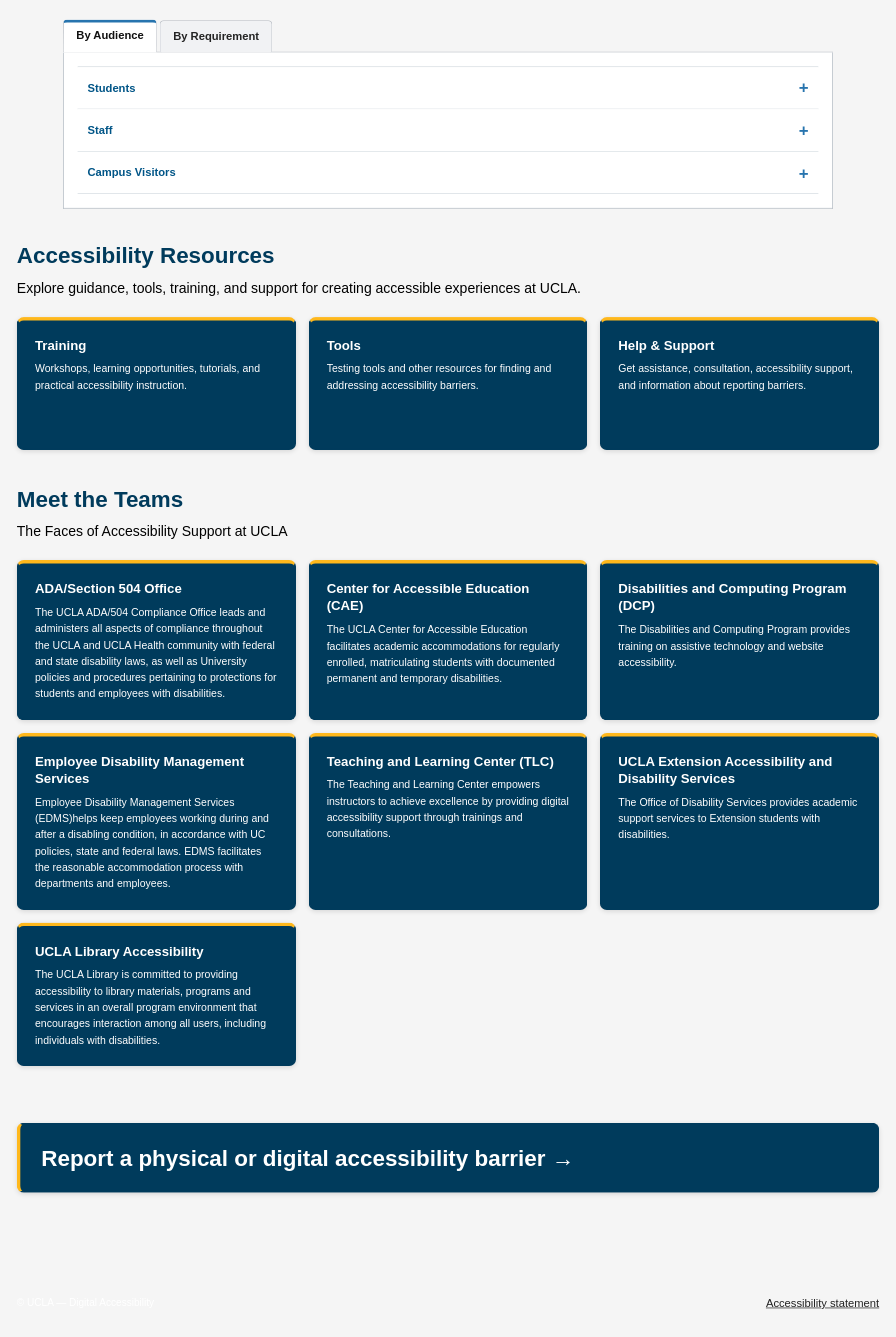
Repository: PSunnywell/UCLA-A11y-barrier-page
Page: index.html
These files come from the project's save history. The page is drawn as it stood at one moment and after the next save; the edit follows.
The browser window is 1280 px wide. The pictures show the part of the page from y = 840 to 2760 px (the page is 2750 px tall before and 2760 px after), at 70% of full size.

Above is the page before, as saved 2026-10-13 20:21:53.
Not found: search.js

### index.html
<!DOCTYPE html>
<html lang="en">
<head>
  <meta charset="UTF-8">
  <meta name="viewport" content="width=device-width, initial-scale=1.0">
  <meta name="description" content="Accessibility Resources for UCLA">
  <title>Accessibility Resources</title>
  <link rel="stylesheet" href="styles4.css">
  <style>
    /* Classic attached tabs, styled to match the reference image. */
    .requirements-tabs { max-width: 1100px; margin: 1.5rem auto 3rem; font-family: inherit; }
    .requirements-tablist { display: flex; align-items: flex-end; flex-wrap: wrap; gap: 4px; padding: 0; border-bottom: 1px solid #aeb6bf; }
    .requirements-tab { appearance: none; border: 1px solid #b5bac1; border-bottom: 0; border-radius: 6px 6px 0 0; background: #f1f2f4; color: #242424; font: inherit; font-weight: 600; font-size: 1rem; line-height: 1.3; padding: 12px 18px; margin: 0 0 -1px; cursor: pointer; }
    .requirements-tab[aria-selected="true"] { background: #fff; color: #111; border-top: 4px solid #2774ae; padding-top: 9px; border-bottom: 1px solid #fff; position: relative; z-index: 1; }
    .requirements-tab:hover:not([aria-selected="true"]) { background: #e5edf4; }
    .requirements-tab:focus-visible { outline: 3px solid #005587; outline-offset: 2px; z-index: 2; }
    .requirements-tabs > .requirements-panel { border: 1px solid #aeb6bf; border-top: 0; padding: 20px; background: #fff; }
    /* Simple accordion rows inside each top-level tab. */
    .requirements-accordion { border-bottom: 1px solid #c9d1d8; }
    .requirements-accordion:first-child { border-top: 1px solid #c9d1d8; }
    .requirements-accordion summary { cursor: pointer; list-style: none; display: flex; align-items: center; justify-content: space-between; gap: 1rem; padding: 17px 14px; font-weight: 600; color: #005587; background: #fff; }
    .requirements-accordion summary::-webkit-details-marker { display: none; }
    .requirements-accordion summary::after { content: "+"; font-size: 1.5rem; line-height: 1; color: #2774ae; }
    .requirements-accordion[open] summary::after { content: "−"; }
    .requirements-accordion summary:hover { background: #f3f8fc; }
    .requirements-accordion summary:focus-visible { outline: 3px solid #005587; outline-offset: -3px; }
    .requirements-accordion-content { padding: 0 14px 16px; }
    .requirements-panel[hidden] { display: none; }
    .requirements-panel p { line-height: 1.65; max-width: 72ch; margin: 0 0 .8rem; }
    .requirements-panel h3 { color: #005587; margin: 0 0 .65rem; font-size: 1.2rem; }
    @media (max-width: 600px) { .requirements-tab { padding: 10px 12px; font-size: .9rem; } .requirements-tab[aria-selected="true"] { padding-top: 7px; } .requirements-tabs > .requirements-panel { padding: 14px; } }
  </style>
</head>
<body>
  <a class="skip-link" href="#main-content">Skip to main content</a>

  <header class="site-header">
    <div class="header-inner">
      <a class="site-brand" href="ucla.edu" aria-label="UCLA home">
        <img class="site-brand-logo" src="images/logo_UCLA_blue_boxed.png" alt="UCLA">

      </a>
      <nav class="primary-nav" aria-label="Primary navigation">

        <ul>
          <li><a href="https://newsroom.ucla.edu/">Newsroom</a></li>
          <li><a href="training.html">Training</a></li>
          <li><a href="contact.html">Contact</a></li>
        </ul>
      </nav>
    </div>

    <div class="site-search-row">
      <search class="site-search" role="search">
        <form action="search.html" method="get">
          <label for="site-search-input">Search the site</label>
          <input id="site-search-input" name="q" type="search" placeholder="Search the site" autocomplete="off">
          <button type="submit">Search</button>
        </form>
      </search>
    </div>
  </header>


  <!-- =======================================================
       HERO
       ======================================================= -->

  <section class="hero" aria-labelledby="page-title">

    <div class="hero-inner">

            <h1 id="page-title">
       Building a More Accessible Community
      </h1>

      <p>At UCLA, accessibility is essential to creating a community where everyone feels welcome, respected, and empowered to participate fully.</p>

<p>Guided by our True Bruin Value of Belonging, we strive to build an inclusive environment that recognizes and respects the diverse identities, experiences, and abilities of our campus community. Accessibility goes beyond removing barriers and meeting legal requirements. It is about creating meaningful opportunities for everyone to learn, work, connect, and thrive.</p>

<p>Through our shared commitment to accessibility, we help build a UCLA where everyone has the opportunity to participate, contribute, and belong.</p>


    </div>

  </section>


  <!-- =======================================================
       MAIN
       ======================================================= -->

  <main id="main-content">


    <!-- =====================================================
         PRIMARY RESOURCE CARDS
         ===================================================== -->

    <section aria-labelledby="requirements-heading">

      <div class="section-heading">
        <h2 id="requirements-heading">Understanding Accessibility Requirements</h2>
        <p>Accessibility laws, university policies, and technical standards help create equitable access to UCLA's programs, services, and digital experiences. Explore what each means, who it applies to, and why it matters.</p>
      </div>

      <!-- Two main tabs; each contains three native HTML accordions. -->
      <div class="requirements-tabs">
        <div class="requirements-tablist" role="tablist" aria-label="Browse accessibility requirements">
          <button type="button" class="requirements-tab" id="tab-audience" role="tab" aria-selected="true" aria-controls="panel-audience" tabindex="0">By Audience</button>
          <button type="button" class="requirements-tab" id="tab-requirement" role="tab" aria-selected="false" aria-controls="panel-requirement" tabindex="-1">By Requirement</button>
        </div>

        <div class="requirements-panel" id="panel-audience" role="tabpanel" aria-labelledby="tab-audience" tabindex="0">
          <details class="requirements-accordion">
            <summary>Students</summary>
            <div class="requirements-accordion-content">
              <p>Explore accessibility rights, accommodations, and resources that support participation in courses, campus programs, and university life.</p>
            </div>
          </details>
          <details class="requirements-accordion">
            <summary>Staff</summary>
            <div class="requirements-accordion-content">
              <p>Learn about accessibility responsibilities and support for university workplaces, services, communications, and digital content.</p>
            </div>
          </details>
          <details class="requirements-accordion">
            <summary>Campus Visitors</summary>
            <div class="requirements-accordion-content">
              <p>Find information about access to campus spaces, events, programs, and services when visiting UCLA.</p>
            </div>
          </details>
        </div>
        <div class="requirements-panel" id="panel-requirement" role="tabpanel" aria-labelledby="tab-requirement" tabindex="0" hidden>
          <details class="requirements-accordion">
            <summary>Laws &amp; Regulations</summary>
            <div class="requirements-accordion-content">
              <p>Federal and state requirements, including the ADA and Section 504, establish rights and obligations related to equal access and nondiscrimination.</p>
            </div>
          </details>
          <details class="requirements-accordion">
            <summary>UC Policies</summary>
            <div class="requirements-accordion-content">
              <p>University of California policies describe institutional expectations, responsibilities, and procedures. Check each policy for its scope and applicability.</p>
            </div>
          </details>
          <details class="requirements-accordion">
            <summary>Standards</summary>
            <div class="requirements-accordion-content">
              <p>Technical criteria, such as the Web Content Accessibility Guidelines (WCAG), help teams design and evaluate accessible experiences. Applicable requirements determine which standards are mandatory.</p>
            </div>
          </details>
        </div>
      </div>

      <div class="section-heading">
        <h2 id="resources-heading">Accessibility Resources</h2>
        <p>Explore guidance, tools, training, and support for creating accessible experiences at UCLA.</p>
      </div>

      <div class="card-grid">

        <!-- CARD 1 -->
        <a
          class="resource-card is-dark"
          href="accessible-course-materials1004.html"
        >
          <h3>
           Training
          </h3>

          <p>
             Workshops, learning opportunities, tutorials,
            and practical accessibility instruction.
          </p>
        </a>

        <!-- CARD 2 -->
        <a
          class="resource-card is-dark"
          href="tools.html"
        >
          <h3>
            Tools
          </h3>

          <p>
            Testing tools and other resources for finding
            and addressing accessibility barriers.
          </p>
        </a>

        <!-- CARD 3 -->
        <a
          class="resource-card is-dark"
          href="support.html" >
          <h3>
            Help & Support
          </h3>

          <p>
            Get assistance, consultation, accessibility
            support, and information about reporting barriers.
          </p>
        </a>


      </div>

    </section>
<br>
<br>

    <!-- =====================================================
         FEATURED CONTENT
         ===================================================== -->
 <div class="section-heading">
        <h2 id="resources-heading">Meet the Teams</h2>
        <p>The Faces of Accessibility Support at UCLA</p>
      </div>

      <div class="card-grid">

        <!-- CARD 0 -->
        <a
          class="resource-card is-dark"
          href="ADA.html"
        >
          <h3>
          ADA/Section 504 Office
          </h3>

          <p>
            The UCLA ADA/504 Compliance Office leads and administers all aspects of compliance throughout the UCLA and UCLA Health community with federal and state disability laws, as well as University policies and procedures pertaining to protections for students and employees with disabilities.
          </p>
        </a>


        <!-- CARD 1 -->
        <a
          class="resource-card is-dark"
          href="cae.html"
        >
          <h3>
           Center for Accessible Education (CAE)
          </h3>

          <p>
            The UCLA Center for Accessible Education facilitates academic accommodations for regularly enrolled, matriculating students with documented permanent and temporary disabilities.
          </p>
        </a>

        <!-- CARD 2 -->
        <a
          class="resource-card is-dark"
          href="dcp.html"
        >
          <h3>
           Disabilities and Computing Program (DCP)
          </h3>

          <p>
           The Disabilities and Computing Program provides training on assistive technology and website accessibility.
          </p>
        </a>

   <!-- CARD 3 -->
        <a
          class="resource-card is-dark"
          href="edms.html" >
          <h3>Employee Disability Management Services
          </h3>

          <p>
            Employee Disability Management Services (EDMS)helps keep employees working during and after a disabling condition, in accordance with UC policies, state and federal laws. EDMS facilitates the reasonable accommodation process with departments and employees.
          </p>
        </a>

         <!-- CARD 4 -->
        <a
          class="resource-card is-dark"
          href="TLC.html" >
          <h3>Teaching and Learning Center (TLC)
          </h3>

          <p>
            The Teaching and Learning Center empowers instructors to achieve excellence by providing digital accessibility support through trainings and consultations.
          </p>
        </a>

         <!-- CARD 5 -->
        <a
          class="resource-card is-dark"
          href="ext.html" >
          <h3>UCLA Extension Accessibility and Disability Services
          </h3>

          <p>
            The Office of Disability Services provides academic support services to Extension students with disabilities.
          </p>
        </a>

        <!-- CARD 6 -->
        <a
          class="resource-card is-dark"
          href="library.html" >
          <h3>
            UCLA Library Accessibility
          </h3>

          <p>
            The UCLA Library is committed to providing accessibility to library materials, programs and services in an overall program environment that encourages interaction among all users, including individuals with disabilities.
          </p>
        </a>

      </div>

    </section>
<br>
<br>

    <!-- =====================================================
        REPORT BARRIER
         ===================================================== -->


<section aria-label="Report an accessibility barrier">

  <div class="report-barrier">

    <a class="report-barrier-button"
       href="report-barrier.html">
      Report a physical or digital accessibility barrier →
    </a>

  </div>

</section>


  </main>


  <!-- =======================================================
       FOOTER
       ======================================================= -->

  <footer>

    <div class="footer-inner">

      <p>
        © UCLA — Digital Accessibility
      </p>

      <a
        class="footer-link"
        href="accessibility.html"
      >
        Accessibility statement
      </a>

    </div>

  </footer>

<script src="search.js" defer></script>
  <script>
    // Accessible keyboard navigation for the two main tabs.
    document.querySelectorAll('.requirements-tablist').forEach(tablist => {
      const tabs = Array.from(tablist.querySelectorAll(':scope > [role="tab"]'));
      function activate(tab, moveFocus = false) {
        tabs.forEach(item => {
          const selected = item === tab;
          item.setAttribute('aria-selected', String(selected));
          item.tabIndex = selected ? 0 : -1;
          document.getElementById(item.getAttribute('aria-controls')).hidden = !selected;
        });
        if (moveFocus) tab.focus();
      }
      tabs.forEach((tab, index) => {
        tab.addEventListener('click', () => activate(tab));
        tab.addEventListener('keydown', event => {
          let next;
          if (event.key === 'ArrowRight') next = (index + 1) % tabs.length;
          else if (event.key === 'ArrowLeft') next = (index - 1 + tabs.length) % tabs.length;
          else if (event.key === 'Home') next = 0;
          else if (event.key === 'End') next = tabs.length - 1;
          else return;
          event.preventDefault();
          activate(tabs[next], true);
        });
      });
    });
  </script>
</body>
</html>

Loaded but not shown: styles4.css (409 lines, source omitted)

After the next save:
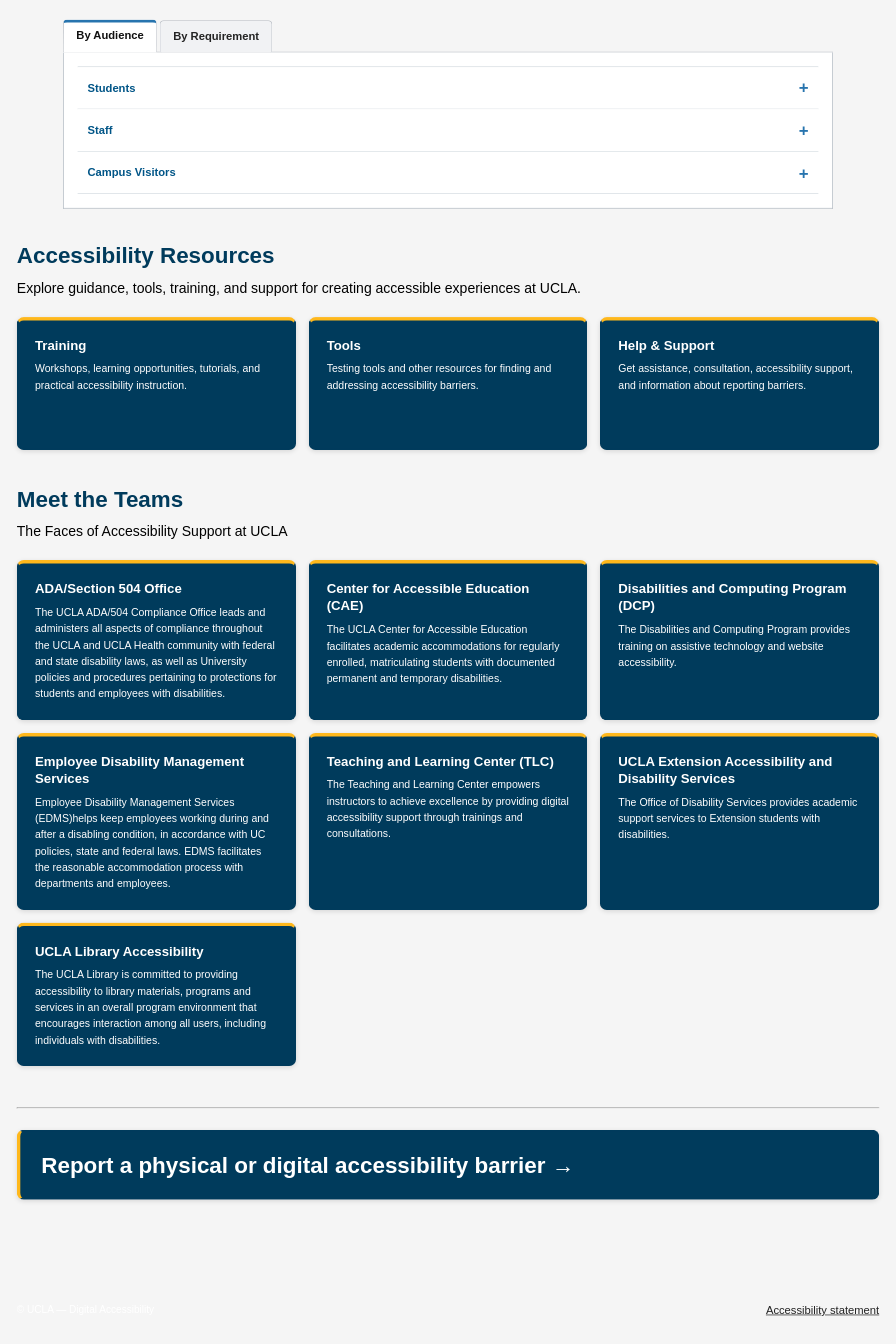
Saved 41 s later.
--- a/index.html
+++ b/index.html
@@ -319,6 +319,9 @@
 <br>
 <br>
 
+<hr class="section-divider">
+
+
     <!-- =====================================================
         REPORT BARRIER
          ===================================================== -->
